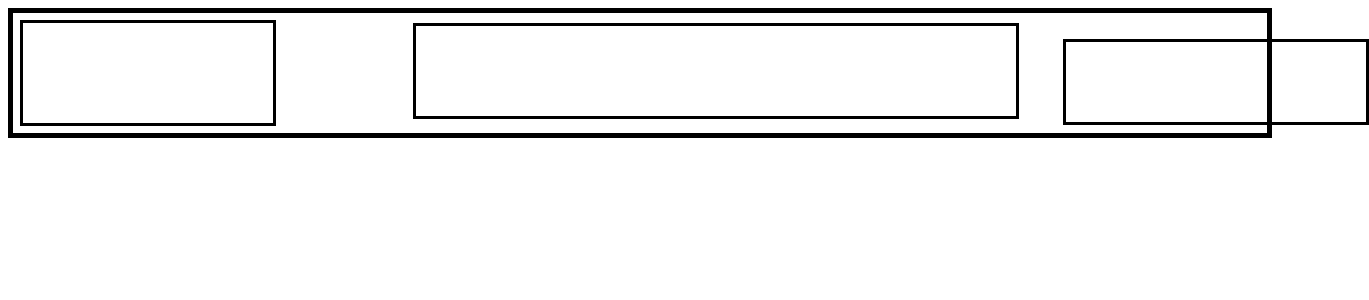
Repository: cartervandekamp/htmlstructure.mdia2003
Page: htmlstructure-psd/index.html
An editor plug-in stored every save of this project. The page is shown before and after the next save, followed by the edit.
The browser window is 1280 px wide. The page is 1369 px wide, so the pictures cover 1369 px, including what lies to the right of the window. The pictures show the whole page.

Above is the page before, as saved 2023-01-16 18:07:01.

### htmlstructure-psd/index.html
<!DOCTYPE html>
<html lang="en">
<head>
    <title>Document</title>
    <link rel="stylesheet" href="style.css">
</head>
<body>
    <div class="toprow">
        <div class="topleft"></div>
        <div class="topmiddle"></div>
        <div class="topright"></div>
    </div>
    <div class="thinbar"></div>
    <div class="secondrow">
        <div class="secondleft"></div>
        <div class="secondmiddle"></div>
        <div class="secondright"></div>
    </div>
    <div class="middlecontent">
        <div class="middleleftone">
            <div class="titletextone"></div>
            <div class="bodytextone"></div>
            <div class="footerone"></div>
        </div>
        <div class="middlelefttwo">
            <div class="titletexttwo"></div>
            <div class="bodytexttwo"></div>
            <div class="footertwo"></div>
        </div>
    </div>
    <div class="middlerightone"></div>
    <div class="middlerighttwo"></div>
    <div class="middlerightthree"></div>
    <div class="middletextfour"></div>
<div class="footer">
    <div class="footertitle"></div>
    <div class="footercontent">
        <div class="footercontentone"></div>
        <div class="footercontenttwo"></div>
        <div class="footercontentthree"></div>
        <div class="footercontentfour"></div>
    </div>
    <div class="footerbottom"></div>
</div>

</body>
</html>

### htmlstructure-psd/style.css
body {
    border-style: solid;
    border-color: black;
    border-width: 2px;
}

.toprow {
    height: 120px;
    border-style: solid;
    border-color: black;
}

.topleft {
    height: 100px;
    width: 250px;
    margin: 7px;
    border-style: solid;
    border-color: black;
}

.topmiddle {
    height: 90px;
    width: 600px;
    border-style: solid;
    border-color: black;
    align-items: center;
    margin-left: 400px;
    margin-top: -110px;
}

.topright {
    height: 80px;
    width: 300px;
    border-style: solid;
    border-color: black;
    align-items: center;
    margin-left: 1050px;
    margin-top: -80px;
}

After the next save:
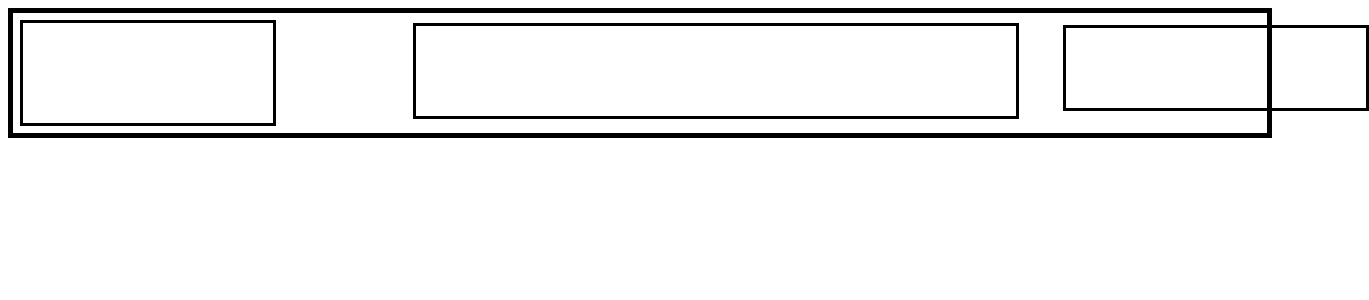
Saved 7 s later.
--- a/htmlstructure-psd/style.css
+++ b/htmlstructure-psd/style.css
@@ -35,5 +35,5 @@ body {
     border-color: black;
     align-items: center;
     margin-left: 1050px;
-    margin-top: -80px;
+    margin-top: -94px;
 }
